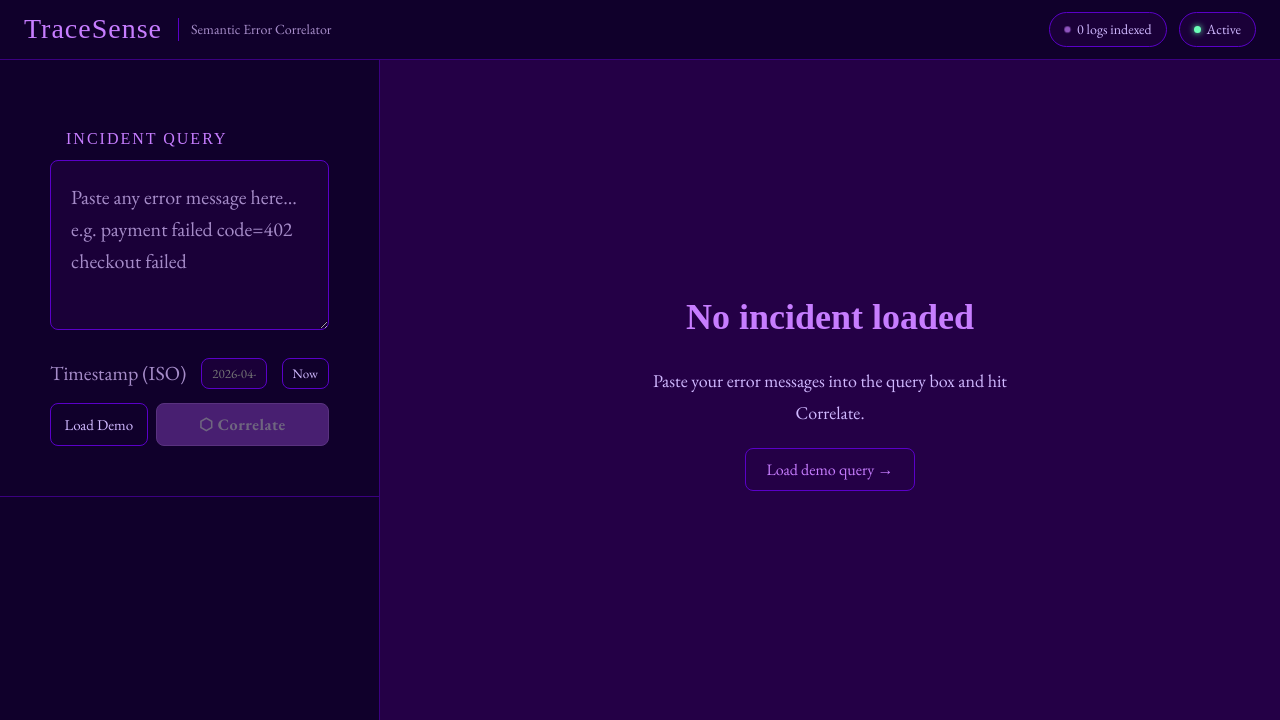
Repository: SaranyaM15/AI_Engineer_Journey
Page: / (app in tracesense/frontend/)
These files come from the project's save history. The page is drawn as it stood at one moment and after the next save; the edit follows.
The browser window is 1280 px wide. The pictures show the whole page.
The page's requests for data from a server got no answer. Some web fonts or font styles are not loaded; a fallback is used. The project was rebuilt for these pictures with package versions that can differ from the ones it lists, and the page was loaded fresh each time. No one was signed in, and anything a server would have sent is missing. Also part of the build but not shown: tracesense/frontend/vite.config.js, tracesense/frontend/src/components/Timeline.jsx, tracesense/frontend/src/components/LogFeed.jsx.

Above is the page before, as saved 2026-04-05 19:22:27.

After the next save:
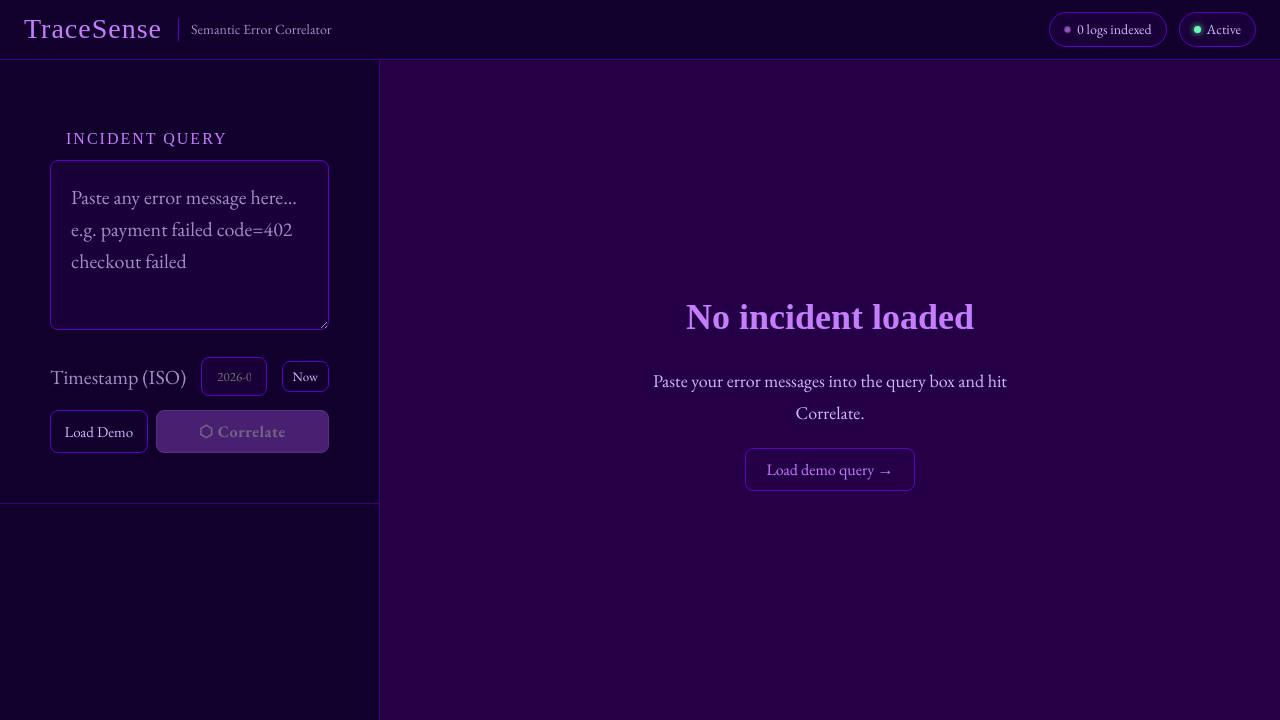
Saved 48 s later.
--- a/tracesense/frontend/src/App.css
+++ b/tracesense/frontend/src/App.css
@@ -180,7 +180,7 @@ body {
   color:         var(--text2);
   font-family:   var(--garamond);
   font-size:     13px;
-  padding:       6px 10px;
+  padding:       10px 15px;
   outline:       none;
   min-width:     0;
 }
